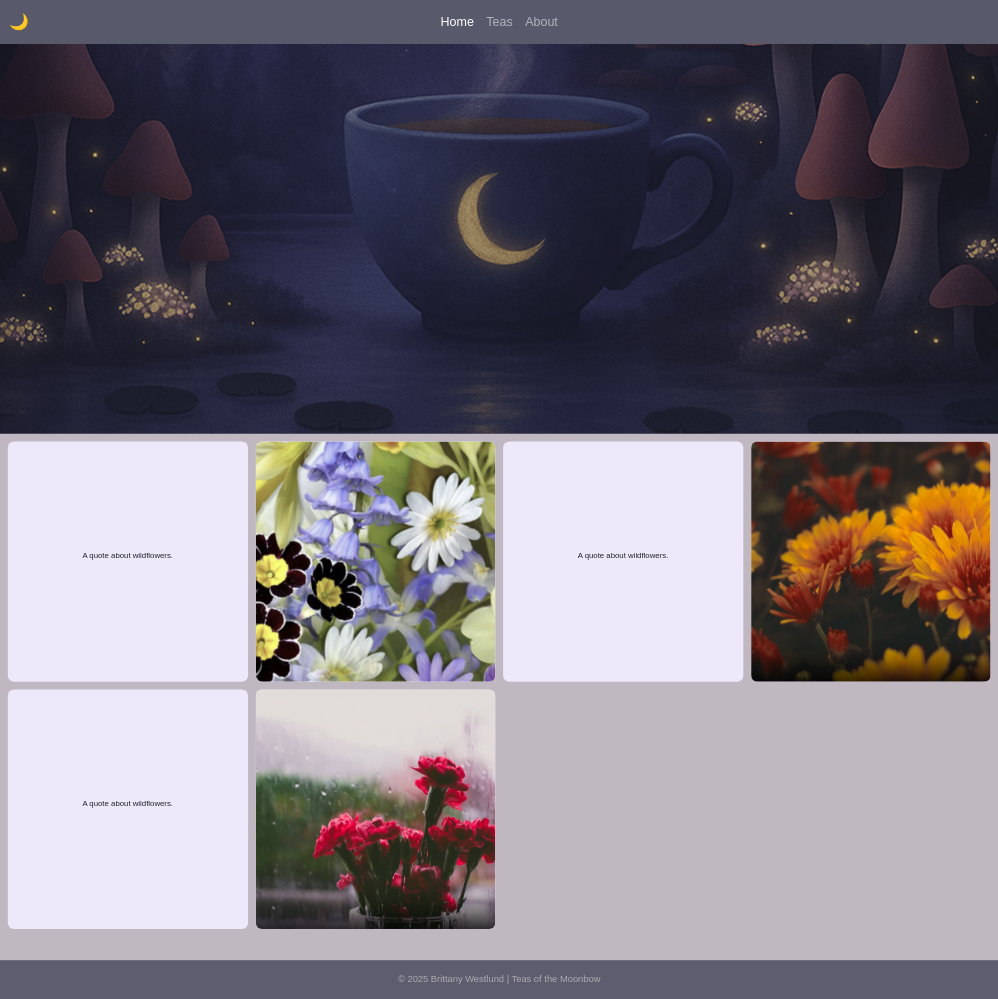
Repository: Brittany-Westlund/WebDesign
Page: FinalProject/about.html
These files come from the project's save history. The page is drawn as it stood at one moment and after the next save; the edit follows.
The browser window is 1280 px wide. The pictures show the whole page, at 78% of full size.
Backgrounds fixed to the window are drawn as part of the page.

Above is the page before, as saved 2025-12-03 22:10:47.

After the next save:
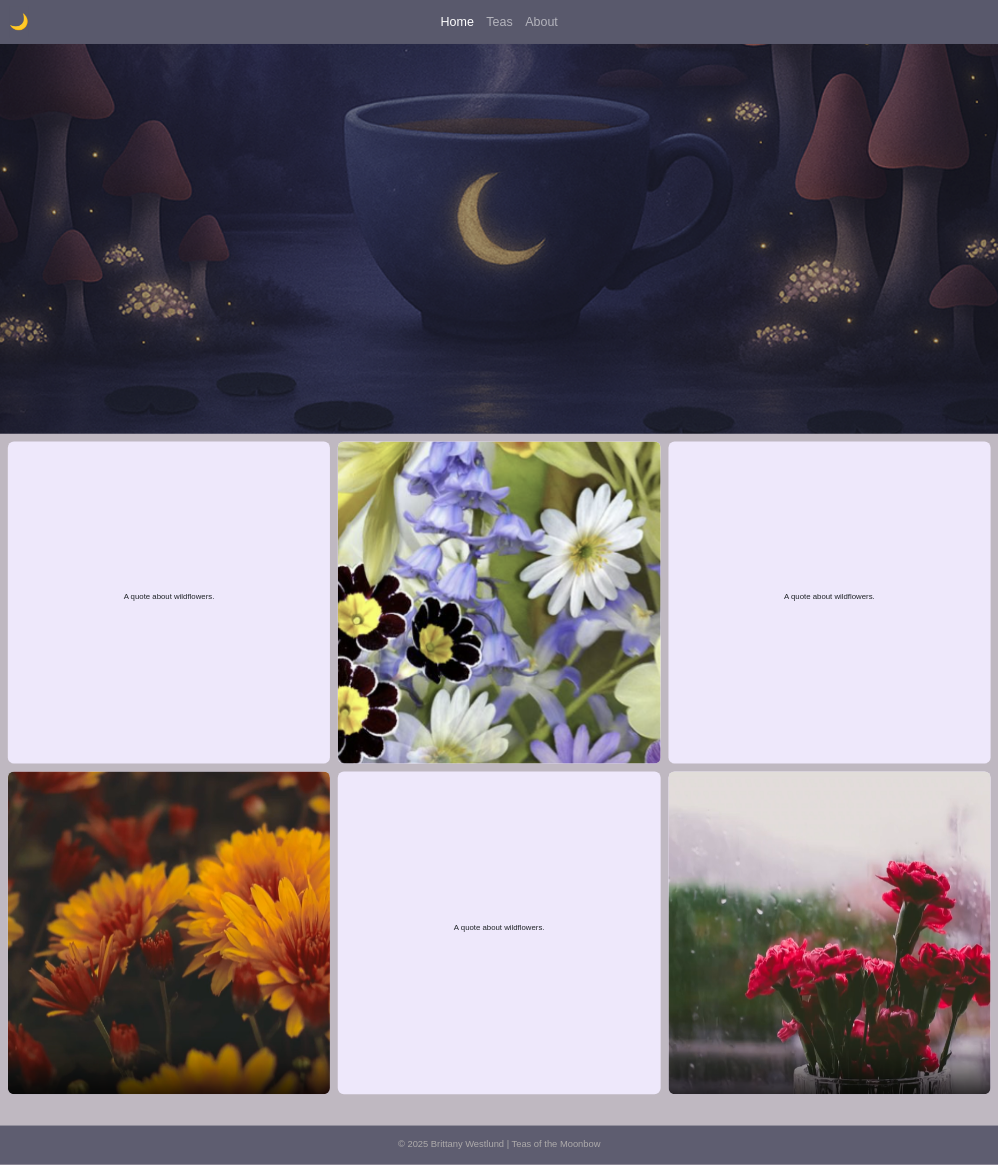
Saved 40 s later.
--- a/FinalProject/style/style.css
+++ b/FinalProject/style/style.css
@@ -304,7 +304,7 @@ margin-top: 0px !important;
 
 .gallery {
   display: grid;
-  grid-template-columns: repeat(auto-fit, minmax(300px, 1fr));
+  grid-template-columns: repeat(auto-fit, minmax(320px, 1fr));
   gap: 10px;
   margin: auto;
   padding: 10px;

After the save that followed:
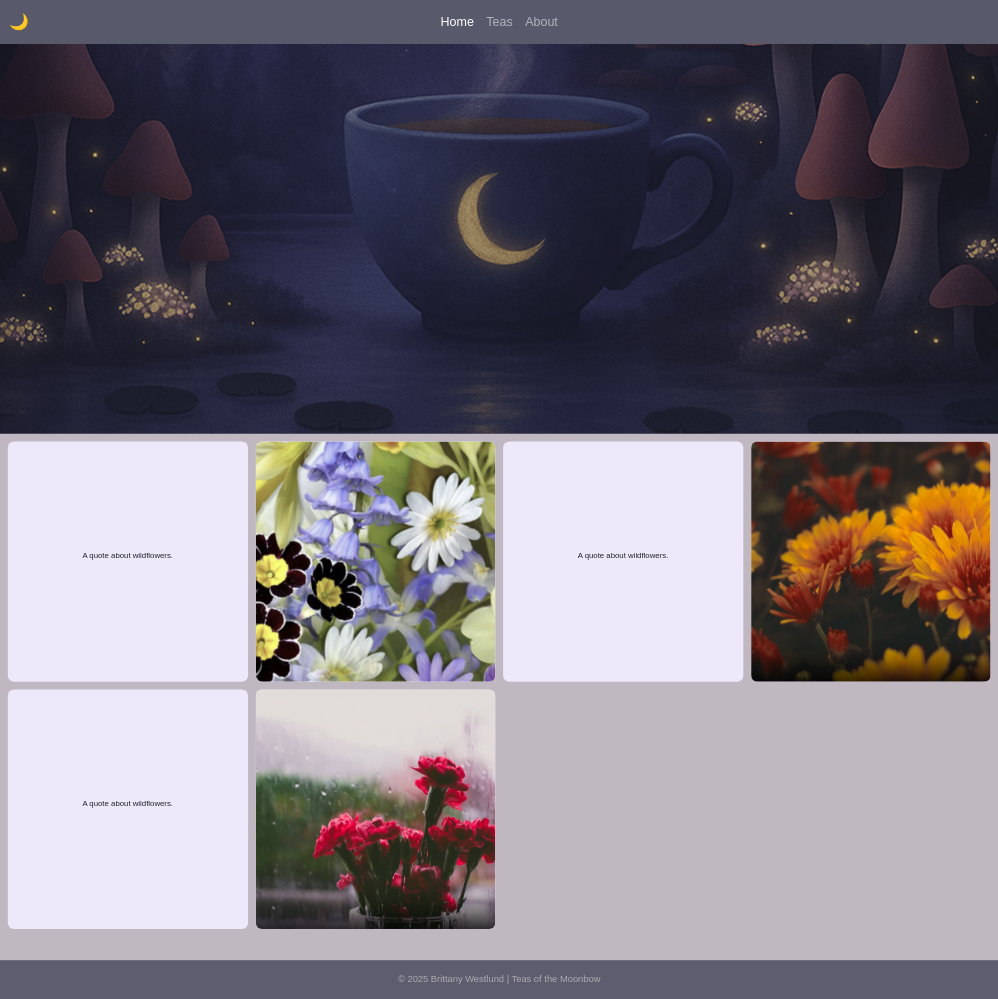
Saved 8 s later.
--- a/FinalProject/style/style.css
+++ b/FinalProject/style/style.css
@@ -304,7 +304,7 @@ margin-top: 0px !important;
 
 .gallery {
   display: grid;
-  grid-template-columns: repeat(auto-fit, minmax(320px, 1fr));
+  grid-template-columns: repeat(auto-fit, minmax(300px, 1fr));
   gap: 10px;
   margin: auto;
   padding: 10px;
